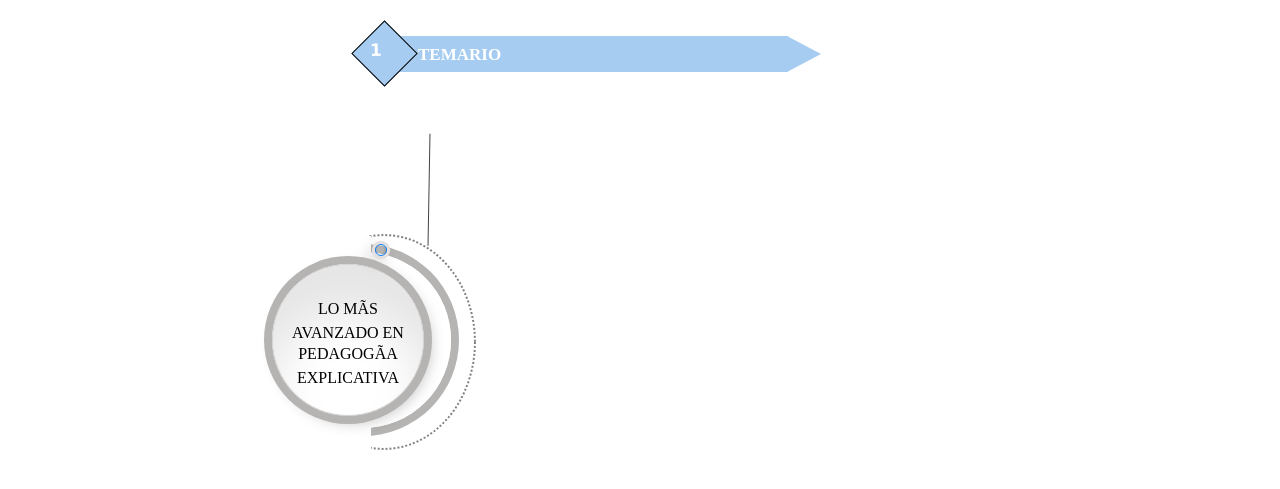
Repository: jennymoreno94/Menu
Page: index.html
The author's editor kept a copy of each file at every save. The page is drawn from the files as they stood at one save, then again after the next save.
The browser window is 1280 px wide. The pictures show the whole page.

Above is the page before, as saved 2021-08-01 23:18:17.

After the next save:
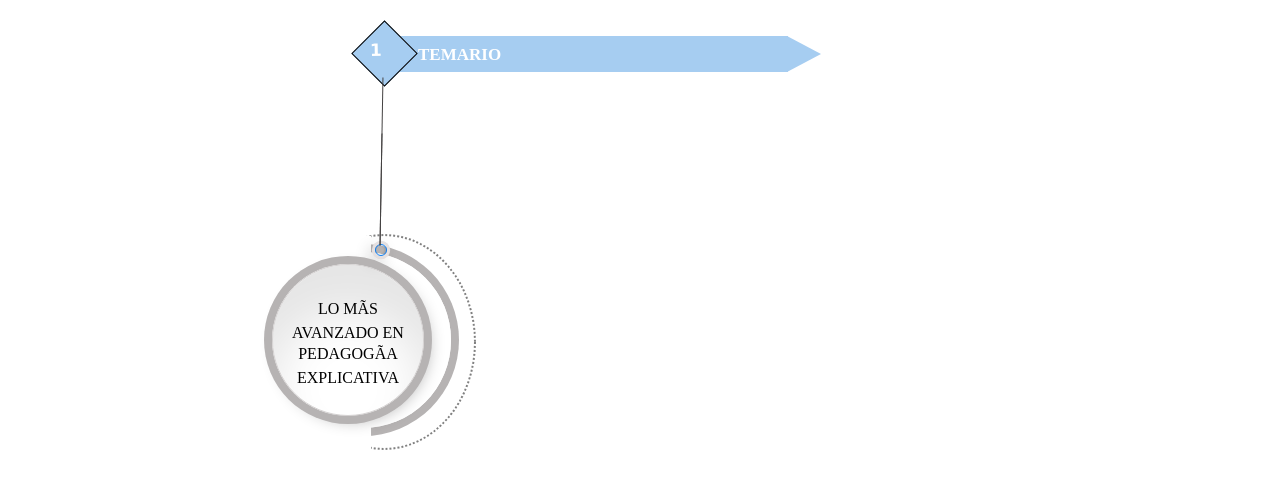
Saved 21 s later.
--- a/index.html
+++ b/index.html
@@ -16,9 +16,8 @@
 
         <div class="circulo-pequeno num1">
 
-            <div class="linea1">
+            <div class="linea linea1">
                <span class="linea"></span>
-
             </div>
             <div class="boton-agrupado btn1">
                 <span class="rombo span1" style="background: rgb(166, 205, 241);">
